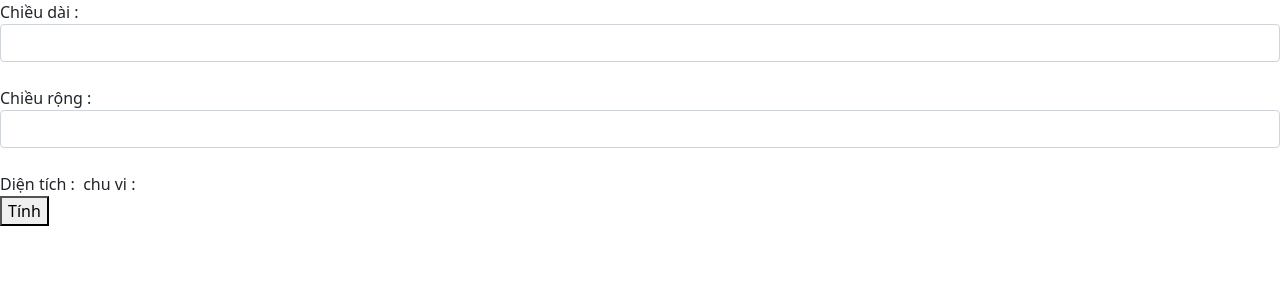
Repository: OanhBuonNgu/Lab4_AngularJS
Page: lab4.4.html
An editor plug-in stored every save of this project. The page is shown before and after the next save, followed by the edit.
The browser window is 1280 px wide. The pictures show the whole page.

Above is the page before, as saved 2022-07-22 12:57:49.

After the next save:
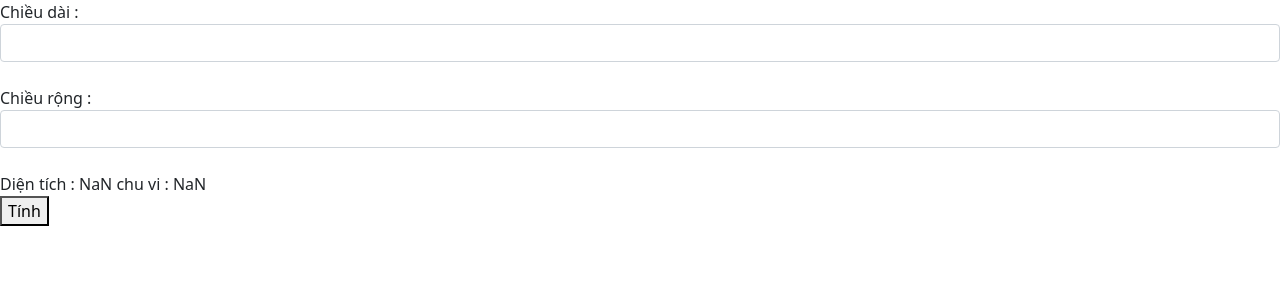
Saved 24 s later.
--- a/lab4.4.html
+++ b/lab4.4.html
@@ -25,13 +25,11 @@
     <script>
         const app = angular.module("myApp", []);
         app.controller("info", function($scope) {
-            $scope.calculate = function() {
-                var a = parseFloat($scope.cd);
-                var b = parseFloat($scope.cr);
-                $scope.dt = a * b;
-                $scope.cv = (a + b) * 2;
-            };
-        })
+            var a = parseFloat($scope.cd);
+            var b = parseFloat($scope.cr);
+            $scope.dt = a * b;
+            $scope.cv = (a + b) * 2;
+        });
     </script>
 </body>
 

After the save that followed:
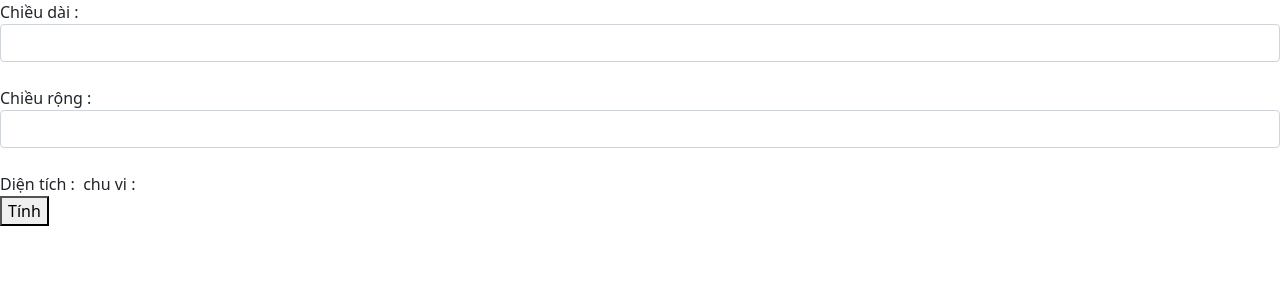
Saved 20 s later.
--- a/lab4.4.html
+++ b/lab4.4.html
@@ -25,11 +25,13 @@
     <script>
         const app = angular.module("myApp", []);
         app.controller("info", function($scope) {
-            var a = parseFloat($scope.cd);
-            var b = parseFloat($scope.cr);
-            $scope.dt = a * b;
-            $scope.cv = (a + b) * 2;
-        });
+            $scope.calculate = function() {
+                var a = parseFloat($scope.cd);
+                var b = parseFloat($scope.cr);
+                $scope.dt = a * b;
+                $scope.cv = (a + b) * 2;
+            };
+        })
     </script>
 </body>
 
